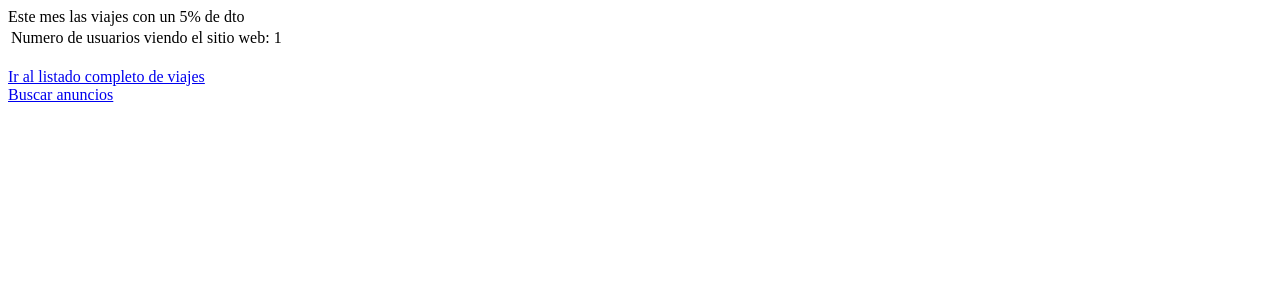
Repository: vicentenavarro/java_ee
Page: http://localhost/agencia_viajes/Inicio
An editor plug-in stored every save of this project. The page is shown before and after the next save, followed by the edit.
The browser window is 1280 px wide. The pictures show the whole page.
The page is served by Tomcat 9.

Above is the page before, as saved 2017-05-03 11:49:00.

After the next save:
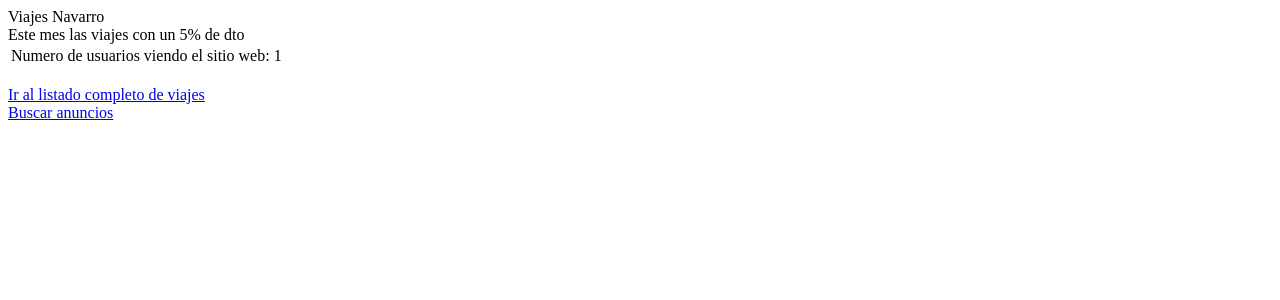
Saved 4 min 41 s later.
--- a/Examen/agencia_viajes/WebContent/index.jsp
+++ b/Examen/agencia_viajes/WebContent/index.jsp
@@ -1,13 +1,18 @@
 <%@ page language="java" contentType="text/html; charset=ISO-8859-1"
     pageEncoding="ISO-8859-1"%>
       <%@ taglib prefix="c" uri="http://java.sun.com/jsp/jstl/core"%>
-<!DOCTYPE html PUBLIC "-//W3C//DTD HTML 4.01 Transitional//EN" "http://www.w3.org/TR/html4/loose.dtd">
+<!DOCTYPE html >
 <html>
 <head>
 <meta http-equiv="Content-Type" content="text/html; charset=ISO-8859-1">
 <title>Viajes Navarro</title>
 </head>
+
 <body>
+<header>
+	Viajes Navarro
+</header>
+
 	<div>${initParam.Promocion}</div>
 <table>
 
